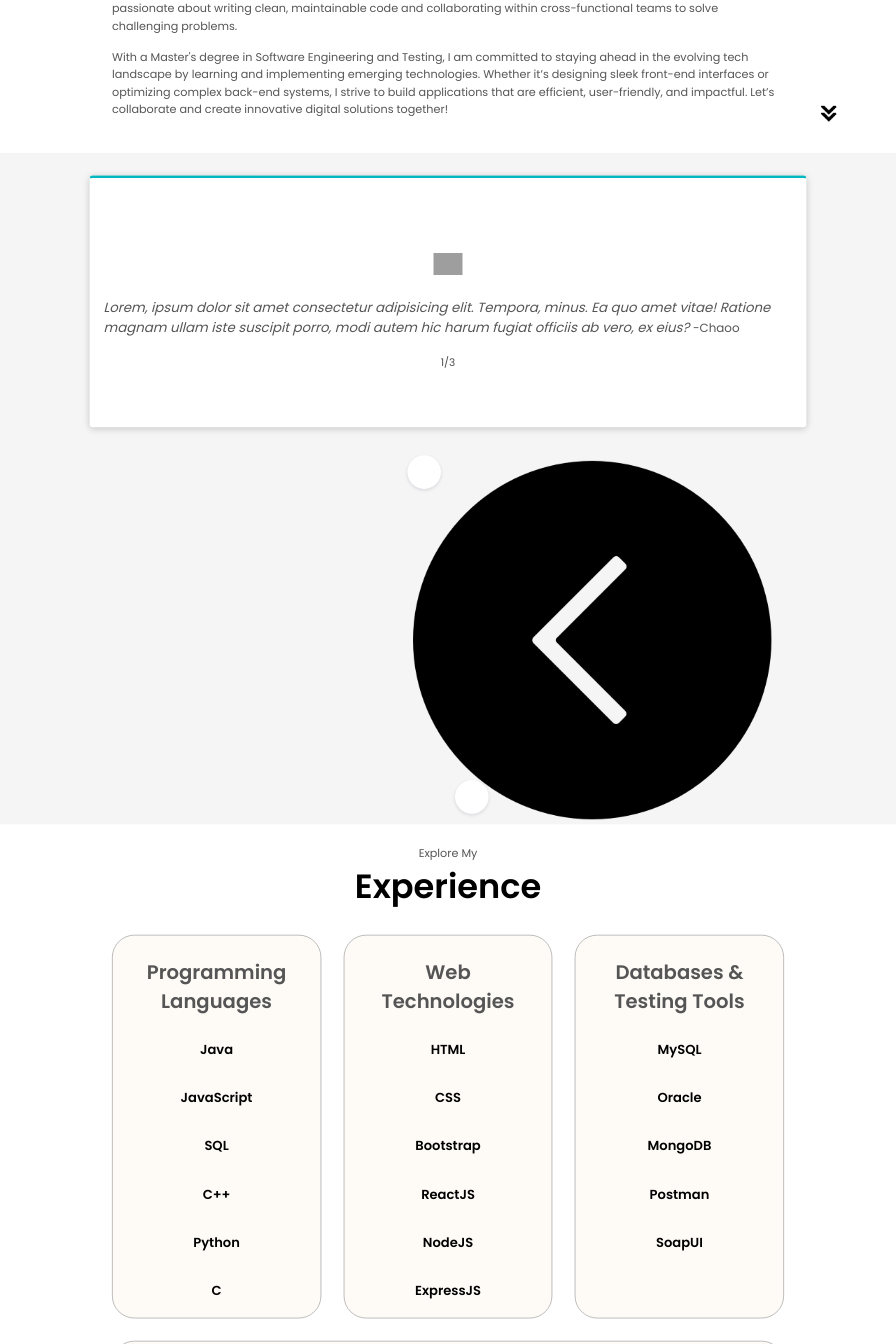
Repository: Pradnya-07/Portfolio-Pradnya
Page: index.html
These files come from the project's save history. The page is drawn as it stood at one moment and after the next save; the edit follows.
The browser window is 1280 px wide. The pictures show the part of the page from y = 1288 to 3208 px (the page is 5546 px tall before and 5307 px after), at 70% of full size.
Pictures or frames that could not be fetched are drawn as grey boxes.

Above is the page before, as saved 2025-05-02 09:44:50.

### index.html
<!DOCTYPE html>
<html lang="en">
  <head>
    <meta charset="UTF-8" />
    <meta http-equiv="X-UA-Compatible" content="IE=edge" />
    <meta name="viewport" content="width=device-width, initial-scale=1.0" />
    <title>My Portfolio</title>
    <link rel="stylesheet" href="style.css" />
    <link rel="stylesheet" href="mediaqueries.css" />
  </head>
  <body>
    <nav id="desktop-nav">
      <div class="logo">Pradnya Baviskar</div>
      <div>
        <ul class="nav-links">
          <li><a href="#about">About</a></li>
          <li><a href="#experience">Experience</a></li>
          <li><a href="#projects">Projects</a></li>
          <li><a href="#contact">Contact</a></li>
        </ul>
      </div>
    </nav>
    <nav id="hamburger-nav">
      <div class="logo">Pradnya Baviskar</div>
      <div class="hamburger-menu">
        <div class="hamburger-icon" onclick="toggleMenu()">
          <span></span>
          <span></span>
          <span></span>
        </div>
        <div class="menu-links">
          <li><a href="#about" onclick="toggleMenu()">About</a></li>
          <li><a href="#experience" onclick="toggleMenu()">Experience</a></li>
          <li><a href="#projects" onclick="toggleMenu()">Projects</a></li>
          <li><a href="#contact" onclick="toggleMenu()">Contact</a></li>
        </div>
      </div>
    </nav>
    <section id="profile">
      <div class="section__pic-container">
        <img src="./assets/profile-pic.JPG" alt="Pradnya Baviskar profile picture" />
      </div>
      <div class="section__text">
        <p class="section__text__p2">Hello, I'm</p>
        <h1 class="title">Pradnya Baviskar</h1>
        <p class="section__text__p2">Software Developer - Full Stack</p>
        <div class="btn-container">
          <button
            class="btn btn-color-2"
            onclick="window.open('./assets/pradnya_baviskar-3.pdf')"
          >
            Download CV
          </button>
          <button class="btn btn-color-1" onclick="location.href='#contact'">
            Contact Info
          </button>
        </div>
        <div id="socials-container">
          <img
            src="./assets/linkedin.png"
            alt="My LinkedIn profile"
            class="icon"
            onclick="location.href='https://linkedin.com/'"
          />
          <img
            src="./assets/github.png"
            alt="My Github profile"
            class="icon"
            onclick="location.href='https://github.com/'"
          />
        </div>
      </div>
    </section>
    <section id="about">
      <p class="section__text__p1">Get To Know More</p>
      <h1 class="title">About Me</h1>
      <div class="section-container">

        <div class="about-details-container">
          <div class="about-containers">
            <div class="details-container">
              <img
                src="./assets/experience.png"
                alt="Experience icon"
                class="icon"
              />
              <h3>Experience</h3>
              <p>3+ years <br />Full Stack Development</p>
            </div>
            <div class="details-container">
              <img
                src="./assets/education.png"
                alt="Education icon"
                class="icon"
              />
              <h3>Education</h3>
              <p>B.Tech. Bachelors Degree<br />M.Sc. Masters Degree</p>
            </div>
          </div>
          <div class="text-container">
            <p>
              I'm a Full Stack Developer with over 3 years of experience building scalable, production-ready web applications.
              My expertise lies in backend development using Java, SQL Server, Oracle, and Spring Boot, combined with frontend technologies like JavaScript and React.js.
              I have contributed to large-scale projects by improving performance and delivering complex financial technology solutions for top-tier banks, ensuring both efficiency and innovation.
              I’m passionate about writing clean, maintainable code and collaborating within cross-functional teams to solve challenging problems.
            </p>
            <p style=" margin-top: 2%;">
              With a Master's degree in Software Engineering and Testing, I am committed to staying ahead in the evolving tech landscape by learning and implementing emerging technologies.
              Whether it’s designing sleek front-end interfaces or optimizing complex back-end systems, I strive to build applications that are efficient, user-friendly, and impactful.
              Let’s collaborate and create innovative digital solutions together!
            </p>
          </div>

        </div>
      </div>
      <img
        src="./assets/arrow.png"
        alt="Arrow icon"
        class="icon arrow"
        onclick="location.href='#experience'"
      />
    </section>

 <div class="testimonials-container">
    <div class="testimonial">
      <a href="#"><img src="upwork.png" alt="upwork" /></a>
      <p>
        Lorem, ipsum dolor sit amet consectetur adipisicing elit. Tempora,
        minus. Ea quo amet vitae! Ratione magnam ullam iste suscipit porro,
        modi autem hic harum fugiat officiis ab vero, ex eius?
        <span>-Chaoo</span>
      </p>
      <span class="numbertext">1/3</span>
    </div>

    <div class="testimonial">
      <a href="#"><img src="upwork.png" alt="upwork" /></a>
      <p>
        Lorem, ipsum dolor sit amet consectetur adipisicing elit. Tempora,
        minus. Ea quo amet vitae! Ratione magnam ullam iste suscipit porro,
        modi autem hic harum fugiat officiis ab vero, ex eius?
        <span>-ChaooCharles</span>
      </p>
      <span class="numbertext">2/3</span>
    </div>

    <div class="testimonial">
      <a href="#"><img src="upwork.png" alt="upwork" /></a>
      <p>
        Lorem, ipsum dolor sit amet consectetur adipisicing elit. Tempora,
        minus. Ea quo amet vitae! Ratione magnam ullam iste suscipit porro,
        modi autem hic harum fugiat officiis ab vero, ex eius?
        <span>-Charles</span>
      </p>
      <span class="numbertext">3/3</span>
    </div>
    <div>
      <a class="prev">
        <img  src="./assets/leftarrow.png" alt="upwork" />

      </a>
      <a class="next">
        <i class="fas fa-long-arrow-alt-right"></i>
      </a>
    </div>
  </div>




    <section id="experience">
      <p class="section__text__p1">Explore My</p>
      <h1 class="title">Experience</h1>
      <div class="experience-details-container">
        <div class="about-containers">
          <div class="details-container">
            <h2 class="experience-sub-title">Programming Languages</h2>
            <div class="article-container">
              <article class="skills">

                <div>
                  <h3 class="skills">Java</h3>
                </div>
              </article>
              <article class="skills">

                <div>
                  <h3 class="skills">JavaScript</h3>

                </div>
              </article>
              <article class="skills">

                <div>
                  <h3 class="skills">SQL</h3>

                </div>
              </article>
              <article class="skills">

                <div>
                  <h3 class="skills">C++</h3>

                </div>
              </article>
              <article class="skills">

                <div>
                  <h3>Python</h3>
                </div>
              </article>
              <article class="skills">

                <div>
                  <h3 class="skills">C</h3>
                </div>
              </article>

            </div>
          </div>

          <div class="details-container">
            <h2 class="experience-sub-title">Web Technologies</h2>
            <div class="article-container">
              <article>

                <div>
                  <h3>HTML</h3>
                </div>
              </article>
              <article>

                <div>
                  <h3>CSS</h3>
                </div>
              </article>
              <article>

                <div>
                  <h3>Bootstrap</h3>
                </div>
              </article>
              <article>

                <div>
                  <h3>ReactJS</h3>
                </div>
              </article>
              <article>

                <div>
                  <h3>NodeJS</h3>
                </div>
              </article>
              <article>

                <div>
                  <h3>ExpressJS</h3>
                </div>
              </article>
            </div>
          </div>

          <div class="details-container">
            <h2 class="experience-sub-title">Databases & Testing Tools</h2>
            <div class="article-container">
              <article>

                <div>
                  <h3>MySQL</h3>
                </div>
              </article>
              <article>

                <div>
                  <h3>Oracle</h3>
                </div>
              </article>
              <article>

                <div>
                  <h3>MongoDB</h3>
                </div>
              </article>
              <article>

                <div>
                  <h3>Postman</h3>
                </div>
              </article>
              <article>

                <div>
                  <h3>SoapUI</h3>
                </div>
              </article>

            </div>
          </div>

          <div class="details-container">
            <h2 class="experience-sub-title">Software</h2>
            <div class="article-container">
              <article>

                <div>
                  <h3>Git & GitHub</h3>
                </div>
              </article>
              <article>

                <div>
                  <h3>Linux</h3>
                </div>
              </article>



              <article>

                <div>
                  <h3>Docker</h3>
                </div>
              </article>
              <article>

                <div>
                  <h3>Jira</h3>
                </div>
              </article>
              <article>

                <div>
                  <h3 class="skills">Agile Methodology</h3>
                </div>
              </article>
            </div>
          </div>




        </div>
      </div>
      <img
        src="./assets/arrow.png"
        alt="Arrow icon"
        class="icon arrow"
        onclick="location.href='#projects'"
      />
    </section>

    <section id="projects">
      <p class="section__text__p1">Browse My Recent</p>
      <h1 class="title">Projects</h1>
      <div class="experience-details-container">
        <div class="about-containers">
          <div class="details-container color-container">
            <div class="article-container">
              <img
                src="./assets/project1.png"
                alt="Project 1"
                class="project-img"
              />
            </div>
            <h2 class="experience-sub-title project-title">My Book Nest</h2>
            <div class="btn-container">
              <button
                class="btn btn-color-2 project-btn"
                onclick="location.href='https://github.com/Pradnya-07/Pradnya-s_Library'"
              >
                Github
              </button>
              <button
                class="btn btn-color-2 project-btn"
                onclick="location.href='https://pradnya-s-library.onrender.com'"
              >
                Live Demo
              </button>
            </div>
          </div>
          <div class="details-container color-container">
            <div class="article-container">
              <img
                src="./assets/scam.png"
                alt="Project 2"
                class="project-img"
              />
            </div>
            <h2 class="experience-sub-title project-title">Spam Email Detection</h2>
            <div class="btn-container">
              <button
                class="btn btn-color-2 project-btn"
                onclick="location.href='https://github.com/Pradnya-07/Spam_Email_Detection'"
              >
                Github
              </button>
              <button
                class="btn btn-color-2 project-btn"
                onclick="location.href='https://spam-email-detection-9in7.onrender.com'"
              >
                Live Demo
              </button>
            </div>
          </div>
          <div class="details-container color-container">
            <div class="article-container">
              <img
                src="./assets/forecast.png"
                alt="Project 3"
                class="project-img"
              />
            </div>
            <h2 class="experience-sub-title project-title">Weather Forecast</h2>
            <div class="btn-container" style="margin-top: 14%;">
              <button
                class="btn btn-color-2 project-btn"
                onclick="location.href='https://github.com/Pradnya-07/Weather-Dashboard'"
              >
                Github
              </button>
              <button
                class="btn btn-color-2 project-btn"
                onclick="location.href='https://pradnya-07.github.io/Weather-Dashboard/'"
              >
                Live Demo
              </button>
            </div>
          </div>
        </div>
      </div>
      <img
        src="./assets/arrow.png"
        alt="Arrow icon"
        class="icon arrow"
        onclick="location.href='#contact'"
      />
    </section>
    <section id="contact">


      <div class="contact-info-upper-container">
        <div class="contact-info-container">
          <img
            src="./assets/email.png"
            alt="Email icon"
            class="icon contact-icon email-icon"
          />
          <p><a href="mailto:pradnyabaviskar56p@gmail.com">pradnyabaviskar56p@gmail.com</a></p>
        </div>
        <div class="contact-info-container">
          <img
            src="./assets/linkedin.png"
            alt="LinkedIn icon"
            class="icon contact-icon"
          />
          <p><a href="https://www.linkedin.com">LinkedIn</a></p>
        </div>
      </div>
    </section>
    <footer>
      <nav>
        <div class="nav-links-container">
          <ul class="nav-links">
            <li><a href="#about">About</a></li>
            <li><a href="#experience">Experience</a></li>
            <li><a href="#projects">Projects</a></li>
            <li><a href="#contact">Contact</a></li>
          </ul>
        </div>
      </nav>
      <p>Copyright &#169; 2025 Pradnya Baviskar. All Rights Reserved.</p>
    </footer>
    <script src="script.js"></script>
  </body>
</html>

### mediaqueries.css
@media screen and (max-width: 1400px) {
  #profile {
    height: 83vh;
    margin-bottom: 6rem;
  }
  .about-containers {
    flex-wrap: wrap;
  }
  #contact,
  #projects {
    height: fit-content;
  }
}

@media screen and (max-width: 1200px) {
  #desktop-nav {
    display: none;
  }
  #hamburger-nav {
    display: flex;
  }
  #experience,
  .experience-details-container {
    margin-top: 2rem;
  }
  #profile,
  .section-container {
    display: block;
  }
  .arrow {
    display: none;
  }
  section,
  .section-container {
    height: fit-content;
  }
  section {
    margin: 0 5%;
  }
  .section__pic-container {
    width: 275px;
    height: 275px;
    margin: 0 auto 2rem;
  }
  .about-containers {
    margin-top: 0;
  }
}

@media screen and (max-width: 600px) {
  #contact,
  footer {
    height: 40vh;
  }
  #profile {
    height: 83vh;
    margin-bottom: 0;
  }
  article {
    font-size: 1rem;
  }
  footer nav {
    height: fit-content;
    margin-bottom: 2rem;
  }
  .about-containers,
  .contact-info-upper-container,
  .btn-container {
    flex-wrap: wrap;
  }
  .contact-info-container {
    margin: 0;
  }
  .contact-info-container p,
  .nav-links li a {
    font-size: 1rem;
  }
  .experience-sub-title {
    font-size: 1.25rem;
  }
  .logo {
    font-size: 1.5rem;
  }
  .nav-links {
    flex-direction: column;
    gap: 0.5rem;
    text-align: center;
  }
  .section__pic-container {
    width: auto;
    height: 46vw;
    justify-content: center;
  }
  .section__text__p2 {
    font-size: 1.25rem;
  }
  .title {
    font-size: 2rem;
  }
  .text-container {
    text-align: justify;
  }
}

Loaded but not shown: script.js (39 lines, source omitted); style.css (536 lines, source omitted)

After the next save:
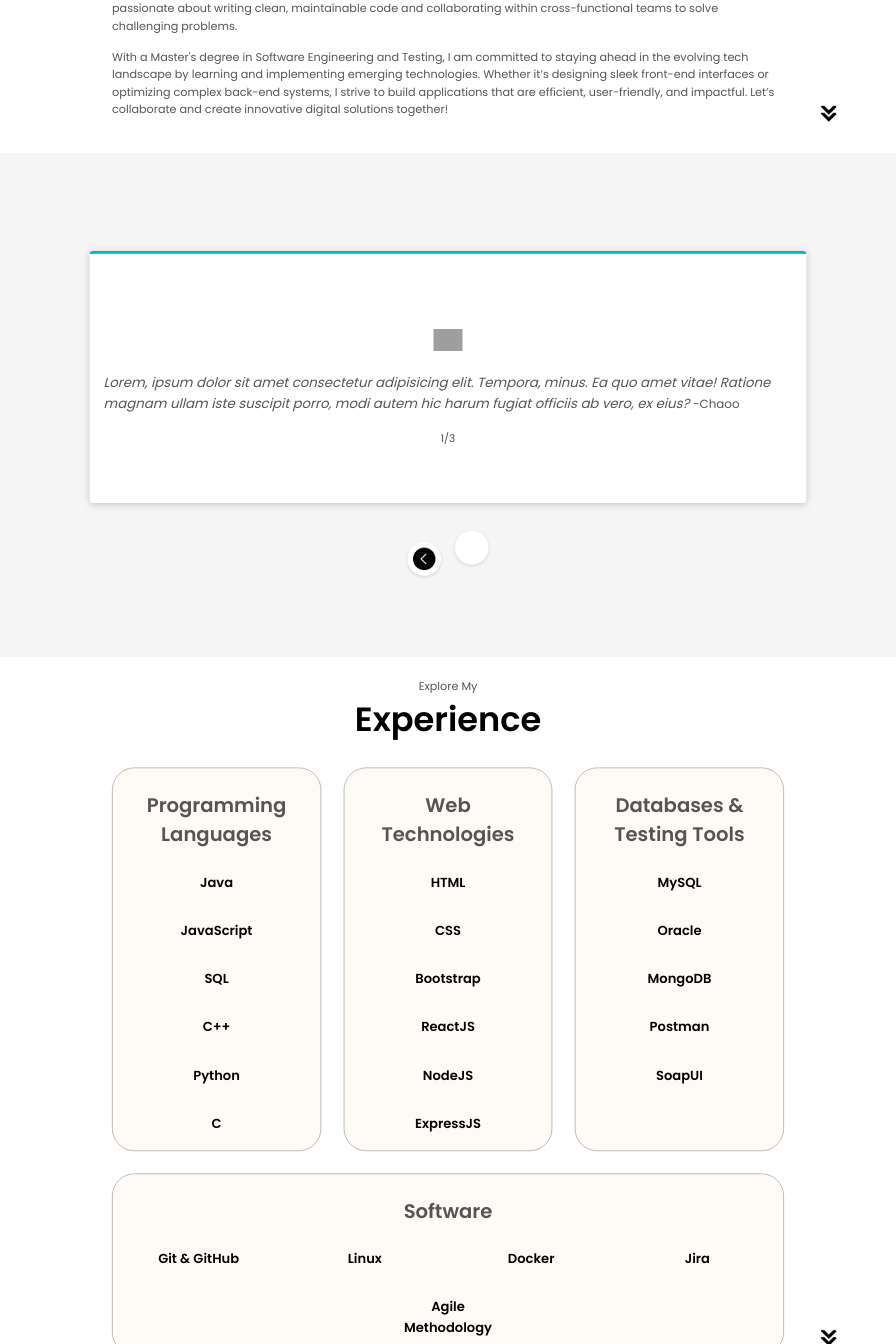
Saved 32 s later.
--- a/index.html
+++ b/index.html
@@ -156,7 +156,7 @@
     </div>
     <div>
       <a class="prev">
-        <img  src="./assets/leftarrow.png" alt="upwork" />
+        <img class="icon" src="./assets/leftarrow.png" alt="upwork" />
 
       </a>
       <a class="next">
